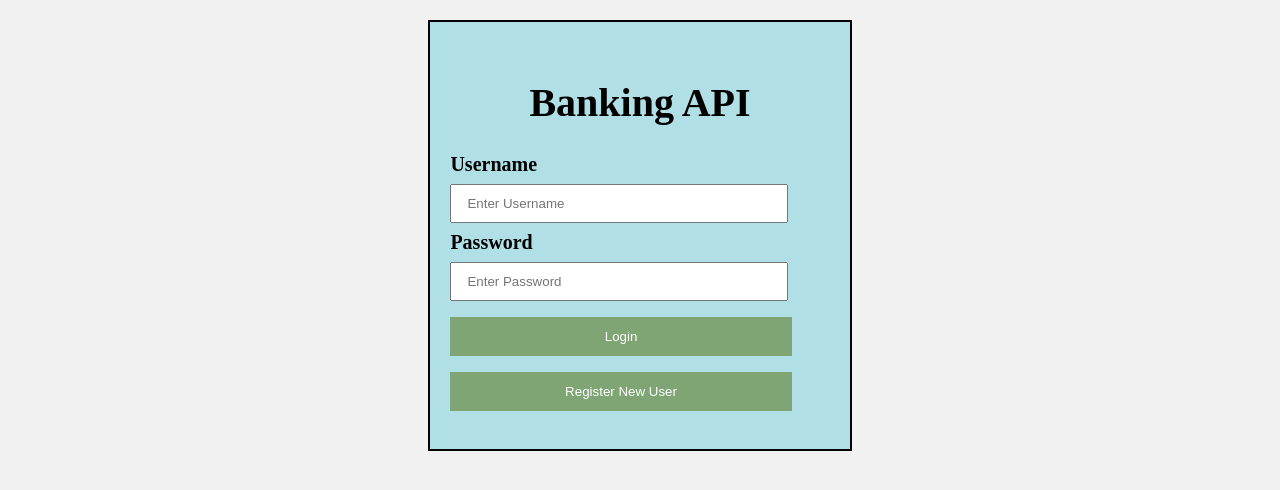
Repository: kennyufish/Revature_ROCP1_Project_Banking_API
Page: banking_api/src/main/webapp/index.html
These files come from the project's save history. The page is drawn as it stood at one moment and after the next save; the edit follows.
The browser window is 1280 px wide. The pictures show the whole page.

Above is the page before, as saved 2020-10-10 05:00:39.

After the next save:
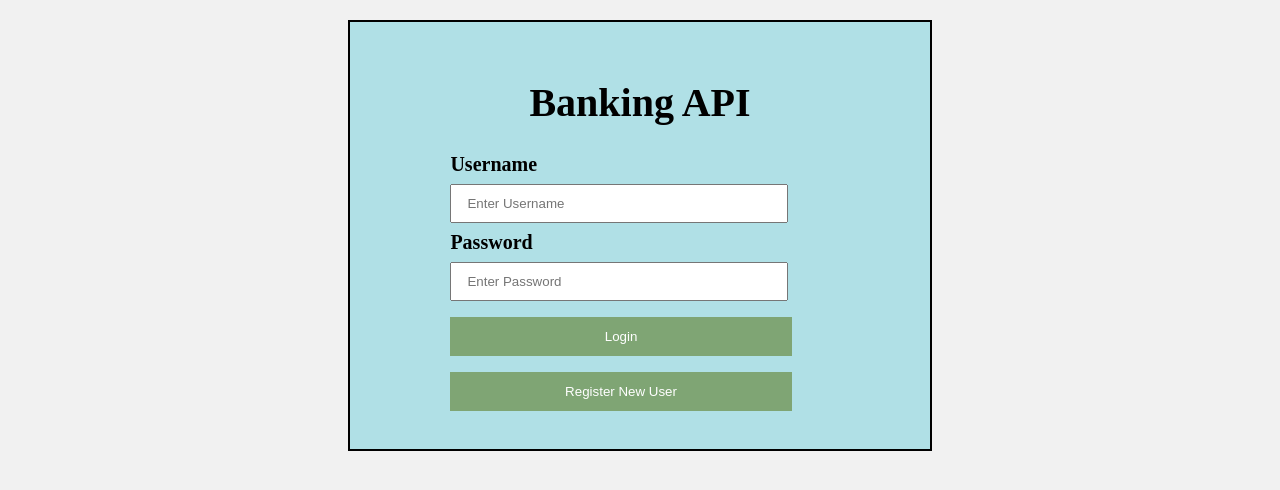
Saved 6 s later.
--- a/banking_api/src/main/webapp/index.html
+++ b/banking_api/src/main/webapp/index.html
@@ -16,7 +16,7 @@
 	font-size:20px;
 	background-color: powderblue;
 	border: 2px solid black;
-	padding: 30px 20px;
+	padding: 30px 100px;
 	width: 30%;
 	margin: 20px auto;
 }
